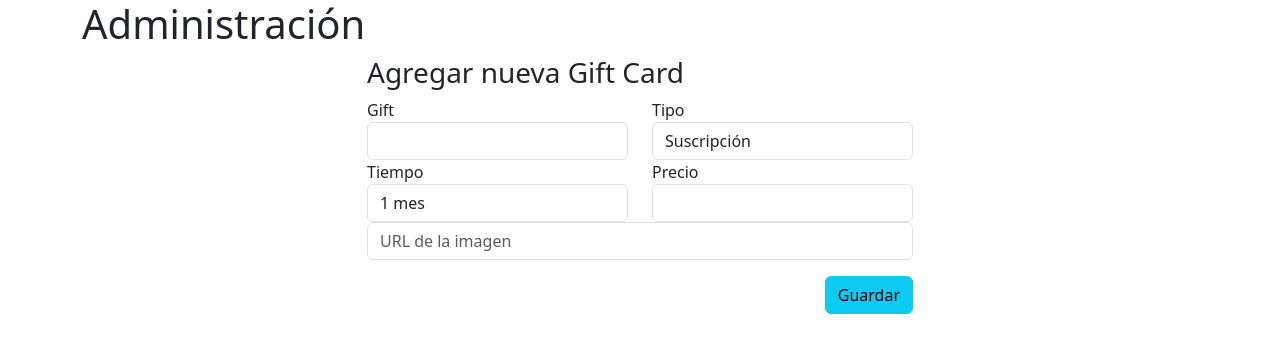
Repository: pedro-donoso/vanilla-js
Page: index.html
An editor plug-in stored every save of this project. The page is shown before and after the next save, followed by the edit.
The browser window is 1280 px wide. The pictures show the whole page.

Above is the page before, as saved 2024-01-31 13:43:43.
Console error: SyntaxError: Unexpected identifier 'assert'

### index.html
<!doctype html>
<html lang="es">

<head>
    <meta charset="utf-8">
    <meta name="viewport" content="width=device-width, initial-scale=1">
    <title>CRUD JavaScript</title>
    <link href="https://cdn.jsdelivr.net/npm/bootstrap@5.3.2/dist/css/bootstrap.min.css" rel="stylesheet"
        integrity="sha384-T3c6CoIi6uLrA9TneNEoa7RxnatzjcDSCmG1MXxSR1GAsXEV/Dwwykc2MPK8M2HN" crossorigin="anonymous">
</head>

<body>

    <div class="container">
        <div class="row">
            <div class="col">
                <h1>Administración</h1>
            </div>
        </div>
        <div class="row">
            <div class="col-12 col-md-6 offset-md-3">
                <h3>Agregar nueva Gift Card</h3>
                <form>
                    <div class="row">
                        <div class="col">
                            <label>Gift</label>
                            <input type="text" class="form-control" id="gift" required>
                        </div>
                        <div class="col">
                            <label>Tipo</label>
                            <select id="tipo" class="form-control">
                                <option value="suscripcion">Suscripción</option>
                                <option value="compra">Compra</option>
                            </select>
                        </div>
                    </div>
                    <div class="row">
                        <div class="col">
                            <label>Tiempo</label>
                            <select id="tiempo" class="form-control">
                                <option value="1 mes">1 mes</option>
                                <option value="3 meses">3 meses</option>
                                <option value="6 meses">1 meses</option>
                            </select>
                        </div>
                        <div class="col">
                            <label>Precio</label>
                            <input type="number" class="form-control" id="precio" required>
                        </div>
                    </div>
                    <div class="row">
                        <div class="col">
                            <input type="text" class="form-control" required placeholder="URL de la imagen" id="imagen">
                        </div>
                    </div>
                    <div class="mt-3 d-flex justify-content-end">
                        <button class="btn btn-info">Guardar</button>
                    </div>
                </form>
            </div>
        </div>
    </div>


    <script src="https://cdn.jsdelivr.net/npm/bootstrap@5.3.2/dist/js/bootstrap.bundle.min.js"
        integrity="sha384-C6RzsynM9kWDrMNeT87bh95OGNyZPhcTNXj1NW7RuBCsyN/o0jlpcV8Qyq46cDfL"
        crossorigin="anonymous"></script>

        <script src="./js/app.js" type="module"></script>

</body>

</html>

### js/app.js
import datos from '../data/data.json' assert{type:"json"};
import {Gift} from './clases'

After the next save:
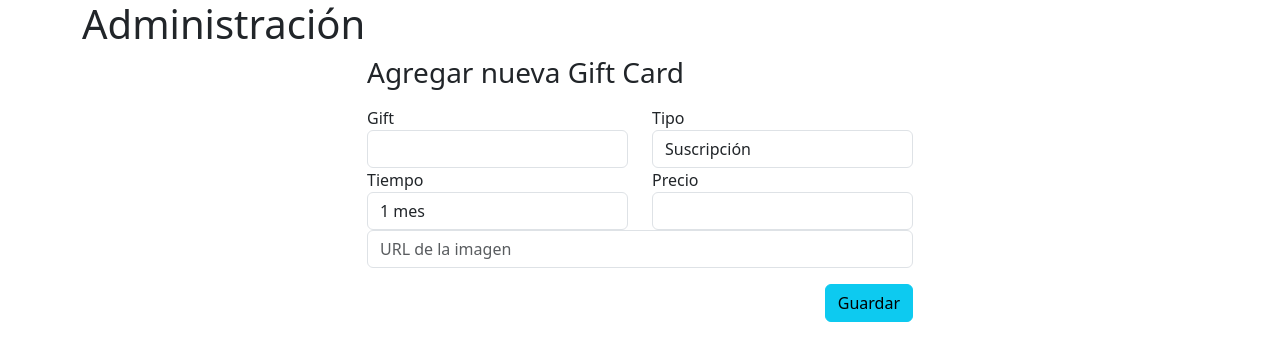
Saved 42 s later.
--- a/index.html
+++ b/index.html
@@ -21,7 +21,7 @@
             <div class="col-12 col-md-6 offset-md-3">
                 <h3>Agregar nueva Gift Card</h3>
                 <form>
-                    <div class="row">
+                    <div class="row mt-3">
                         <div class="col">
                             <label>Gift</label>
                             <input type="text" class="form-control" id="gift" required>
